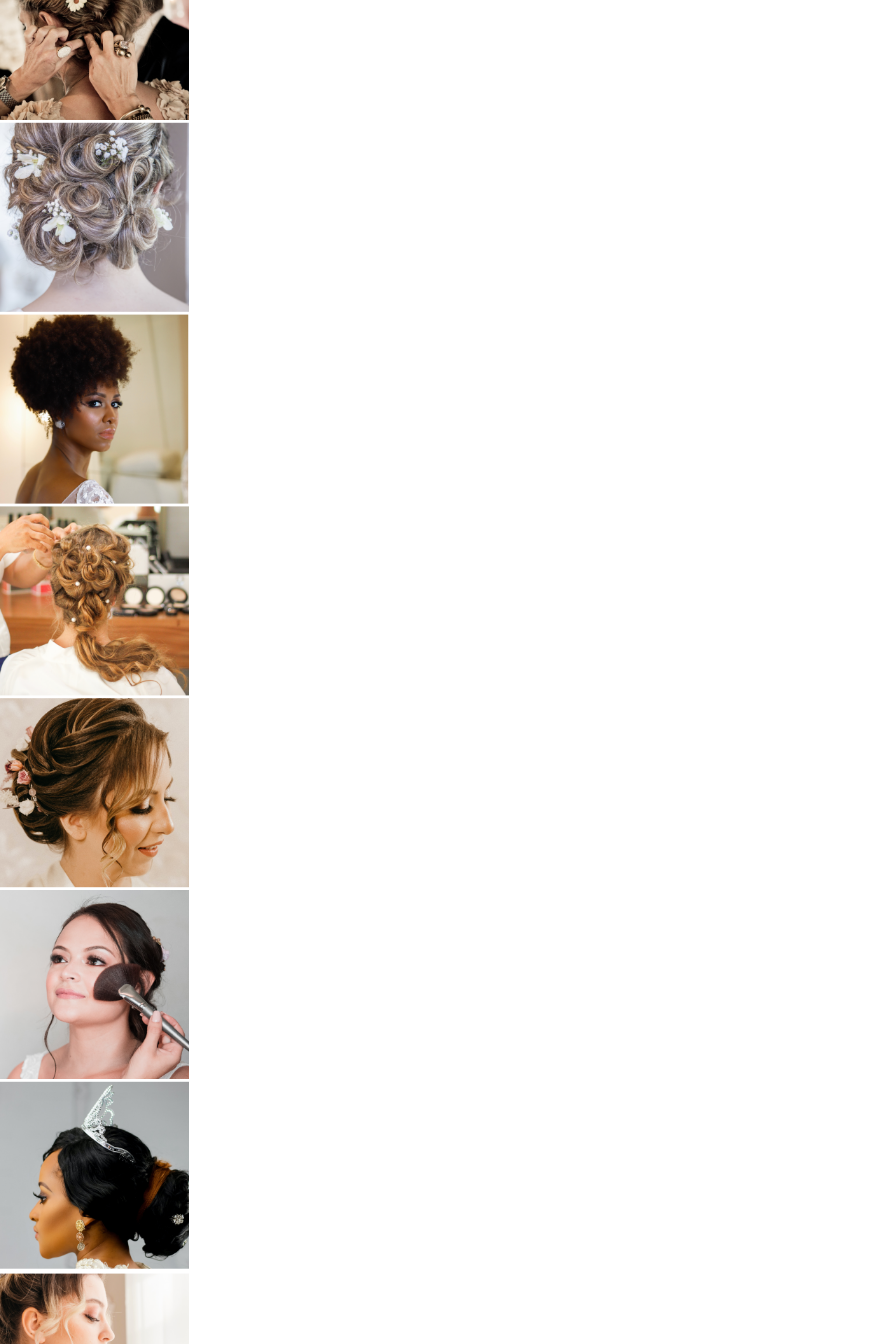
Repository: TuanHuflit2k1/clone-web01
Page: index.html
An editor plug-in stored every save of this project. The page is shown before and after a run of saves, followed by the edit.
The browser window is 1280 px wide. The pictures show the part of the page from y = 3219 to 5139 px (the page is 5424 px tall), at 70% of full size.
Some web libraries are served in a nearby version.

Above is the page before, as saved 2022-04-28 12:46:14.

### index.html
<!DOCTYPE html>
<html lang="en">
  <head>
    <meta charset="UTF-8" />
    <meta http-equiv="X-UA-Compatible" content="IE=edge" />
    <meta name="viewport" content="width=device-width, initial-scale=1.0" />
    <title>Beauty Salon</title>
    <!-- css file -->
    <link rel="stylesheet" href="./style.css" />
    <!-- font awesomw CDN -->
    <link
      rel="stylesheet"
      href="https://cdnjs.cloudflare.com/ajax/libs/font-awesome/6.1.1/css/all.min.css"
      integrity="sha512-KfkfwYDsLkIlwQp6LFnl8zNdLGxu9YAA1QvwINks4PhcElQSvqcyVLLD9aMhXd13uQjoXtEKNosOWaZqXgel0g=="
      crossorigin="anonymous"
      referrerpolicy="no-referrer"
    />
  </head>
  <body>
    <!-- header -->
    <header class="header" id="header">
      <div class="navbar">
        <div class="logo">
          <img src="./img/logo.svg" alt="Logo" />
        </div>
        <nav class="nav-menu" id="nav-menu">
          <ul class="nav-list">
            <li><a href="#" class="nav-link active">home</a></li>
            <li><a href="#about" class="nav-link">about</a></li>
            <li><a href="#services" class="nav-link">services</a></li>
            <li><a href="#package" class="nav-link">package</a></li>
            <li><a href="#gallery" class="nav-link">gallery</a></li>
            <li><a href="#contact" class="nav-link">contact</a></li>
          </ul>
        </nav>
        <div class="nav-toggle" id="nav-toggle">
          <i class="fas fa-bars"></i>
        </div>
      </div>
    </header>
    <!-- end header -->
    <!-- start home section -->
    <section class="home">
      <div class="container">
        <div class="home-img">
          <img src="./img/home-img.png" />
        </div>
        <div class="home-content">
          <h1>Your big day<br /><span>in style</span></h1>
          <p>
            Come see our bride 's corner and take the opportunity to schedule
            your date
          </p>
          <a href="#" class="btn btn-outline">
            <i class="fab fa-whatsapp"></i>
            Schedule your time
          </a>
        </div>
      </div>
    </section>
    <!-- end section home -->
    <!-- start section about -->
    <section class="about" id="about">
      <div class="container">
        <div class="section-title">
          <h1>our story</h1>
          <span>studio hair</span>
        </div>
        <div class="about-detail">
          <div class="about-detal-content">
            <div class="about-img">
              <img src="./img/about-img.jpg" />
            </div>
            <div class="about-description">
              <p>
                Lorem ipsum dolor sit amet consectetur adipisicing elit. Error,
                maiores!
              </p>
              <p>
                Lorem ipsum dolor sit amet consectetur adipisicing elit.
                Distinctio itaque, adipisci animi quisquam aliquid excepturi!
              </p>
              <p>
                Lorem ipsum dolor sit amet consectetur adipisicing elit.
                Blanditiis, sequi?
              </p>
            </div>
          </div>
        </div>
      </div>
    </section>
    <!-- end section about -->
    <!-- start service section -->
    <div class="services" id="services">
      <div class="services-content">
        <div class="section-title">
          <h1>services</h1>
          <span>what we do</span>
        </div>
        <div class="services-content-description">
          <div class="box">
            <div class="inner">
              <img src="./img/services/manicure.png" />
              <p>manicure</p>
            </div>
          </div>
          <div class="box">
            <div class="inner">
              <img src="./img/services/eyebrow design.png" />
              <p>eyebrow design</p>
            </div>
          </div>
          <div class="box">
            <div class="inner">
              <img src="./img/services/haircut.png" />
              <p>haircut</p>
            </div>
          </div>
          <div class="box">
            <div class="inner">
              <img src="./img/services/hairstyle.png" />
              <p>hairstyle</p>
            </div>
          </div>
          <div class="box">
            <div class="inner">
              <img src="./img/services/makeup.png" />
              <p>makeup</p>
            </div>
          </div>
          <div class="box">
            <div class="inner">
              <img src="./img/services/pedicure.png" />
              <p>pdedicure</p>
            </div>
          </div>
          <div class="box">
            <div class="inner">
              <img src="./img/services/waxing.png" />
              <p>waxing</p>
            </div>
          </div>
          <div class="box">
            <div class="inner">
              <img src="./img/services/skin cleansing.png" />
              <p>skin cleaning</p>
            </div>
          </div>
        </div>
      </div>
    </div>
    <!-- end services section -->
    <!-- start package section -->
    <div class="package" id="package">
      <div class="section-title">
        <h1>promotionam packages</h1>
        <span>for your bride 's day</span>
      </div>
      <div class="package-cards">
        <div class="card">
          <div class="card-title">
            <h1>Bronze</h1>
          </div>
          <div class="card-items">
            <div class="item">
              <i class="far fa-check-square check-icon"></i>
              <p>Hairstyle</p>
            </div>
            <div class="item">
              <i class="far fa-check-square check-icon"></i>
              <p>makeup</p>
            </div>
            <div class="item">
                <i class="far fa-check-square check-icon"></i>
                <p>nails <span>(traditional french)</span></p>
              </div>
              <div class="item">
                <i class="far fa-times-square x-icon"></i>
                <p class="not">hair removal</p>
              </div>
              <div class="item">
                <i class="far fa-times-square x-icon"></i>
                <p class="not">eyebrow design</p>
              </div>
              <div class="item">
                <i class="far fa-times-square x-icon"></i>
                <p class="not">skin cleaning</p>
              </div>
              <div class="item">
                <i class="far fa-times-square x-icon"></i>
                <p class="not"> reserved bridal room</p>
              </div>
              <div class="item">
                <i class="far fa-times-square x-icon"></i>
                <p class="not">table fruit</p>
              </div>
            <button class="btn">I want this</button>

          </div>

      </div>
      <div class="card">
        <div class="card-title">
          <h1>Bronze</h1>
        </div>
        <div class="card-items">
          <div class="item">
            <i class="far fa-check-square check-icon"></i>
            <p>Hairstyle</p>
          </div>
          <div class="item">
            <i class="far fa-check-square check-icon"></i>
            <p>makeup</p>
          </div>
          <div class="item">
              <i class="far fa-check-square check-icon"></i>
              <p>nails <span>(traditional french)</span></p>
            </div>
            <div class="item">
              <i class="far fa-times-square x-icon"></i>
              <p class="not">hair removal</p>
            </div>
            <div class="item">
              <i class="far fa-times-square x-icon"></i>
              <p class="not">eyebrow design</p>
            </div>
            <div class="item">
              <i class="far fa-times-square x-icon"></i>
              <p class="not">skin cleaning</p>
            </div>
            <div class="item">
              <i class="far fa-times-square x-icon"></i>
              <p class="not"> reserved bridal room</p>
            </div>
            <div class="item">
              <i class="far fa-times-square x-icon"></i>
              <p class="not">table fruit</p>
            </div>
            <button class="btn">I want this</button>

        </div>

    </div>
    <div class="card">
        <div class="card-title">
          <h1>Bronze</h1>
        </div>
        <div class="card-items">
          <div class="item">
            <i class="far fa-check-square check-icon"></i>
            <p>Hairstyle</p>
          </div>
          <div class="item">
            <i class="far fa-check-square check-icon"></i>
            <p>makeup</p>
          </div>
          <div class="item">
              <i class="far fa-check-square check-icon"></i>
              <p>nails <span>(traditional french)</span></p>
            </div>
            <div class="item">
              <i class="far fa-times-square x-icon"></i>
              <p class="not">hair removal</p>
            </div>
            <div class="item">
              <i class="far fa-times-square x-icon"></i>
              <p class="not">eyebrow design</p>
            </div>
            <div class="item">
              <i class="far fa-times-square x-icon"></i>
              <p class="not">skin cleaning</p>
            </div>
            <div class="item">
              <i class="far fa-times-square x-icon"></i>
              <p class="not"> reserved bridal room</p>
            </div>
            <div class="item">
              <i class="far fa-times-square x-icon"></i>
              <p class="not">table fruit</p>
            </div>
            <button class="btn">I want this</button>

        </div>

    </div>
    <div class="card">
        <div class="card-title">
          <h1>Bronze</h1>
        </div>
        <div class="card-items">
          <div class="item">
            <i class="far fa-check-square check-icon"></i>
            <p>Hairstyle</p>
          </div>
          <div class="item">
            <i class="far fa-check-square check-icon"></i>
            <p>makeup</p>
          </div>
          <div class="item">
              <i class="far fa-check-square check-icon"></i>
              <p>nails <span>(traditional french)</span></p>
            </div>
            <div class="item">
              <i class="far fa-times-square x-icon"></i>
              <p class="not">hair removal</p>
            </div>
            <div class="item">
              <i class="far fa-times-square x-icon"></i>
              <p class="not">eyebrow design</p>
            </div>
            <div class="item">
              <i class="far fa-times-square x-icon"></i>
              <p class="not">skin cleaning</p>
            </div>
            <div class="item">
              <i class="far fa-times-square x-icon"></i>
              <p class="not"> reserved bridal room</p>
            </div>
            <div class="item">
              <i class="far fa-times-square x-icon"></i>
              <p class="not">table fruit</p>
            </div>
            <button class="btn">I want this</button>
        </div>

    </div>

        </div>
      </div>
    </div>
    <!-- end package asection -->
    <!-- start galley section -->
    <section class="gallery" id="gallery">
<div class="gallery-content">
    <div class="section-title">
        <h1>gallery</h1>
        <span>the princesses of our instargram</span>
    </div>
    <div class="gallery-list-img">
        <div class="gallery-img">
            <img src="./img/img-insta/photo1.png">
        </div>
        <div class="gallery-img">
            <img src="./img/img-insta/photo2.png">
        </div>
        <div class="gallery-img">
            <img src="./img/img-insta/photo3.png">
        </div>
        <div class="gallery-img">
            <img src="./img/img-insta/photo4.png">
        </div>
        <div class="gallery-img">
            <img src="./img/img-insta/photo5.png">
        </div>
        <div class="gallery-img">
            <img src="./img/img-insta/photo6.png">
        </div>
        <div class="gallery-img">
            <img src="./img/img-insta/photo7.png">
        </div>
        <div class="gallery-img">
            <img src="./img/img-insta/photo8.png">
        </div>
    </div>
</div>
    </section>
    <!-- link js -->
    <script src="./main.js"></script>
  </body>
</html>

### style.css
/* font */
@import url("https://fonts.googleapis.com/css2?family=Great+Vibes&family=Montserrat:wght@300;400;600;800&display=swap");
:root {
  --header-height: 5rem;
  --main-color: #f7e6df;
  --first-color: #75492b;
  --secon-color: #dfd6a7;
  --white-color: #fff;
  --black-color: #151515;

  --font-cursive: "Great Vibes", cursive;
  --font-body: "Montserrat", sans-serif;

  --big-font-size: 3rem;
  --h1-font-size: 2.25rem;
  --h2-font-size: 1.5rem;
  --h3-font-size: 1.25rem;
  --normal-font-size: 1rem;
  --small-font-size: 0.813rem;
}
* {
  box-sizing: border-box;
  margin: 0;
  padding: 0;
  text-decoration: none;
  list-style: none;
  outline: none;
  border: none;
}
html {
  scroll-behavior: smooth;
}
body {
  background-color: var(--white-color);
  font-size: var(--normal-font-size);
  font-family: var(--font-body);
  overflow-x: hidden;
}
/* button */
.btn {
  width: 240px;
  display: flex;
  align-items: center;
  justify-content: center;
  text-align: center;
  background-color: var(--first-color);
  color: var(--white-color);
  border: 1px solid var(--first-color);
  border-radius: 50px;
  font-size: var(--normal-font-size);
  font-weight: bold;
  text-transform: uppercase;
  line-height: 1rem;
  padding: 10px 20px;
  cursor: pointer;
  transition: all 0.4s ease;
}
.btn:hover {
  background-color: transparent;
  color: var(--first-color);
}
.btn-outline {
  width: 280px;
  background-color: transparent;
  color: var(--first-color);
  padding: 5px 10px 5px 0;
  transition: all 0.4s ease;
  position: relative;
}
.btn-outline::before {
  content: "";
  position: absolute;
  top: 0;
  left: 0;
  width: 18%;
  height: 100%;
  background-color: var(--first-color);
  border: 1px solid var(--first-color);
  border-radius: 50px;
  transition: all 0.4s ease-in-out;
}
.btn-outline i {
  margin-right: 1.5rem;
  font-size: var(--h3-font-size);
  color: var(--white-color);
  z-index: 10;
}
.btn-outline:hover::before {
  width: 100%;
  z-index: -1;
}
.btn-outline:hover {
  color: var(--white-color);
  z-index: 10;
}
/* end button */
.header {
  position: fixed;
  top: 0;
  left: 0;
  right: 0;
  height: var(--header-height);
  background-color: rgba(255, 255, 255, 0.3);
  z-index: 10000;
  transition: all 0.4s ease;
}
.scroll-header {
  background-color: var(--white-color);
  box-shadow: 0 4px 6px rgba(0, 0, 0, 0.1);
}
.navbar {
  width: 100%;
  max-width: 1200px;
  margin: 0 auto;
  display: flex;
  justify-content: space-between;
  align-items: center;
  padding: 20px;
}
.nav-menu .nav-list {
  display: flex;
}
.nav-menu li {
  margin-right: 2rem;
}
.nav-link {
  font-size: var(--normal-font-size);
  color: var(--black-color);
  font-weight: bold;
  text-transform: capitalize;
  position: relative;
  transition: all 0.4s ease;
}
.nav-link::before {
  content: "";
  position: absolute;
  width: 0;
  left: 0;
  bottom: 0;
  height: 2px;
  background-color: var(--first-color);
  transition: all 0.4s ease-in-out;
}
.nav-link:hover::before {
  width: 100%;
}
.nav-link:hover,
.nav-link.active {
  color: var(--first-color);
}
.nav-toggle {
  font-size: var(--h1-font-size);
  padding: 5px 5px 0;
  border: 2px solid transparent;
  cursor: pointer;
  z-index: 100;
  display: none;
}
.nav-toggle:hover {
  color: var(--first-color);
  border: 2px solid var(--first-color);
}
/* Start Home Section */
.home {
  width: 100%;
  height: 100vh;
  background-color: var(--main-color);
  border-radius: 0 0 300px 0;
}
.home .container {
  max-width: 1200px;
  margin: 0 auto;
  display: flex;
  flex-wrap: wrap;
}
.home .home-img img {
  max-width: 100%;
  height: 100%;
}
.home .home-content {
  width: 40%;
  height: 100vh;
  display: flex;
  flex-direction: column;
  align-items: flex-start;
  justify-content: center;
}
.home-content h1 {
  font-family: var(--font-cursive);
  font-size: 4rem;
  line-height: 3.5rem;
  letter-spacing: 4px;
  color: var(--first-color);
  margin-bottom: 1.5rem;
}
.home-content p {
  font-weight: 400;
  line-height: 1.5rem;
  letter-spacing: 2px;
  color: var(--black-color);
  margin-bottom: 1.5rem;
}

/* End Home Section */
/* start about section */
.about {
  width: 100%;
  padding: 7rem 0;
  background-image: url(./img/arabesque-left-bottom.svg);
  background-repeat: no-repeat;
  background-position: bottom left;
  z-index: -1;
}
.about .container {
  max-width: 1200px;
  margin: 0 auto;
  display: flex;
  flex-wrap: wrap;
}
.section-title {
  text-align: center;
  margin: 0 auto;
}
.section-title h1 {
  font-family: var(--font-cursive);
  font-size: var(--big-font-size);
  font-weight: 400;
  line-height: 3rem;
  color: var(--first-color);
}
.section-title span {
  font-weight: 300;
  font-size: var(--h2-font-size);
  line-height: 1.5rem;
  color: var(--black-color);
}
.about-detail {
  width: 100%;
  padding: 2rem;
}
.about-detal-content {
  display: grid;
  grid-template-columns: repeat(2, 1fr);
  gap: 1rem;
  align-items: center;
  border: 2px solid var(--first-color);
  border-radius: 30px;
  padding: 1rem;
}
.about-img img {
  width: 100%;
  border-radius: 30px;
  filter: drop-shadow(16px 16px 16px rgba(0, 0, 0, 0.25));
}
.about-description {
  position: relative;
  padding: 2rem;
}
.about-description::before {
  content: "";
  position: absolute;
  width: 100%;
  height: 110%;
  top: -10%;
  left: 0;
  background-color: var(--main-color);
  border-radius: 30px;
  box-shadow: 4px 8px 16px rgba(0, 0, 0, 0.25);
  z-index: -1;
}
.about-description p {
  font-weight: 400;
  line-height: 2rem;
  color: var(--black-color);
}
/* start services section */

.services {
  width: 100%;
  padding: 7rem 0;
  background-image: url(./img/arabesque-left-top.svg);
  background-repeat: no-repeat;
  background-position: top left;
  z-index: -1;
}
.services-content {
  max-width: 1200px;
  margin: 0 auto;
  display: flex;
  flex-wrap: wrap;
}
.services-content-description {
  width: 100%;
  max-width: 1200px;
  margin: 0 auto;
  padding: 2rem;
  text-align: center;
  display: grid;
  grid-template-columns: repeat(4, 1fr);
  gap: 10px;
}
.services-content-description .box {
  padding: 20px;
}
.services-content-description .box .inner img {
  width: 90px;
  margin-bottom: 1rem;
}
.services-content-description .box .inner {
  font-size: var(--h3-font-size);
  font-weight: 800;
  text-transform: capitalize;
  color: var(--first-color);
  padding: 10px;
  position: relative;
}
.services-content-description .box .inner::before,
.services-content-description .box .inner::after {
  content: "";
  position: absolute;
  width: 0;
  height: 0;
  box-sizing: border-box;
  transition: all 0.8s ease;
}
.services-content-description .box .inner::before {
  bottom: 0;
  left: 0;
  border-bottom: 3px solid transparent;
  border-left: 3px solid transparent;
}
.services-content-description .box .inner::after {
  top: 0;
  right: 0;
  border-top: 3px solid transparent;
  border-right: 3px solid transparent;
}
.services-content-description .box:hover .inner::before,
.services-content-description .box:hover .inner::after {
  width: 100%;
  height: 100%;
  border-color: var(--first-color);
}
/* end services section */
/* start package */
.package {
  width: 100%;
  padding: 7rem 0;
  background-color: var(--main-color);
  border-radius: 0 300px;
}
.package-cards {
  max-width: 1200px;
  display: flex;
  flex-wrap: wrap;
  margin: 0 auto;
}
.card {
  background-color: var(--white-color);
  box-shadow: 8px 8px 16px rgba(0, 0, 0, 0.25);
  border-radius: 30px;
  padding: 1.5rem;
  margin: 10px auto;
  transition: all 0.4s ease-in-out;
  cursor: pointer;
}
.card:hover {
  transform: scale(1.1);
}
.card-title {
  text-align: center;
  margin-bottom: 1.5rem;
}
.card-title h1 {
  font-weight: bold;
  font-size: var(--h1-font-size);
  line-height: 2, 25rem;
  color: var(--black-color);
}
.card-items {
  margin-bottom: 1rem;
}
.card-items .item p {
  font-weight: bold;
  line-height: 1.5rem;
  color: var(--first-color);
  margin-left: 0.5rem;
}
.item {
  display: flex;
  align-items: center;
}
.card-items .item p span {
  font-size: var(--small-font-size);
  font-weight: 300;
}
.item .check-icon,
.item .x-icon {
  font-size: var(--h3-font-size);
}
.item .x-icon,
.item .not {
  color: var(--secon-color);
}
.item .check-icon {
  color: var(--first-color);
}
.card-items button {
  margin: 1rem auto 0;
}
/* end card */
/* start gallery section */
.gallery {
  width: 100%;
  padding: 7rem 0;
  position: relative;
}
.gallery::before {
    content: '';
    position:absolute;
    width: 100%;
    height: 60%;

}
@media (max-width: 920px) {
  .nav-menu {
    position: absolute;
    top: 0;
    right: 0;
    width: 0;
    height: 100vh;
    background-color: var(--main-color);
    font-size: var(--h2-font-size);
    text-align: center;
    text-transform: capitalize;
    padding-top: var(--header-height);
    box-shadow: 0 0 5px rgba(0, 0, 0, 0.4);
    transition: all 0.4s ease-in-out;
  }
  .show-nav {
    width: 60%;
  }
  .nav-menu .nav-list {
    display: block;
  }
  .nav-menu li {
    padding: 15px 0;
  }
  .nav-link {
    font-size: var(--h3-font-size);
  }
  .nav-toggle {
    display: block;
  }
  .home .home-img img {
    display: none;
  }
  .home .home-content {
    width: 100%;
    height: 100vh;
    display: flex;
    justify-content: center;
    align-items: center;
  }
  .home-content h1 {
    font-size: var(--big-font-size);
  }
  .home-content p {
    padding: 0 2rem;
  }
  .about-detal-content {
    grid-template-columns: unset;
  }
  .services-content-description {
    grid-template-columns: repeat(2, 1fr);
  }
}
@media (max-width: 560px) {
  .services-content-description {
    grid-template-columns: unset;
  }
}

### main.js
//Show Navbar
const nav = document.querySelector(".nav-menu");
const toggle = document.querySelector(".nav-toggle");
toggle.onclick = () => {
  nav.classList.toggle("show-nav");
};
//Remove bar
const navLink = document.querySelectorAll(".nav-link");
function linkAction() {
  nav.classList.remove("show-nav");
}
navLink.forEach((n) => n.addEventListener("click", linkAction));
//change active color
function colorLink() {
  if (navLink) {
    navLink.forEach((n) => n.classList.remove("active"));
    this.classList.add("active");
  }
}
navLink.forEach((l) => l.addEventListener("click", colorLink));

After the next 7 saves:
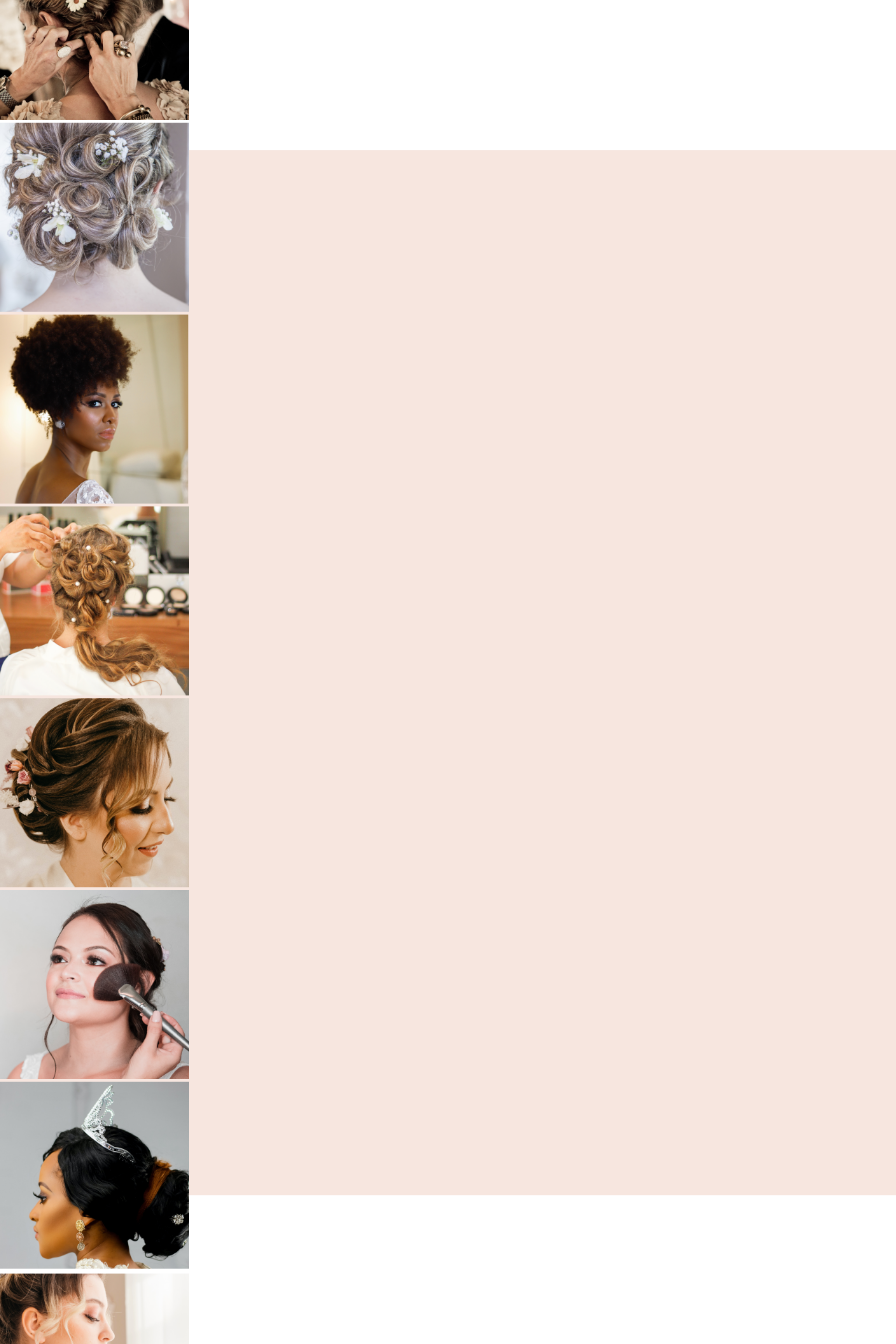
The 7 saves are shown as one change because they came seconds apart.
The last was saved 19 s later.
--- a/style.css
+++ b/style.css
@@ -416,11 +416,13 @@ body {
   position: relative;
 }
 .gallery::before {
-    content: '';
-    position:absolute;
-    width: 100%;
-    height: 60%;
-
+  content: "";
+  position: absolute;
+  width: 100%;
+  height: 60%;
+  top: 20%;
+  background-color: var(--main-color);
+  z-index: -1;
 }
 @media (max-width: 920px) {
   .nav-menu {
